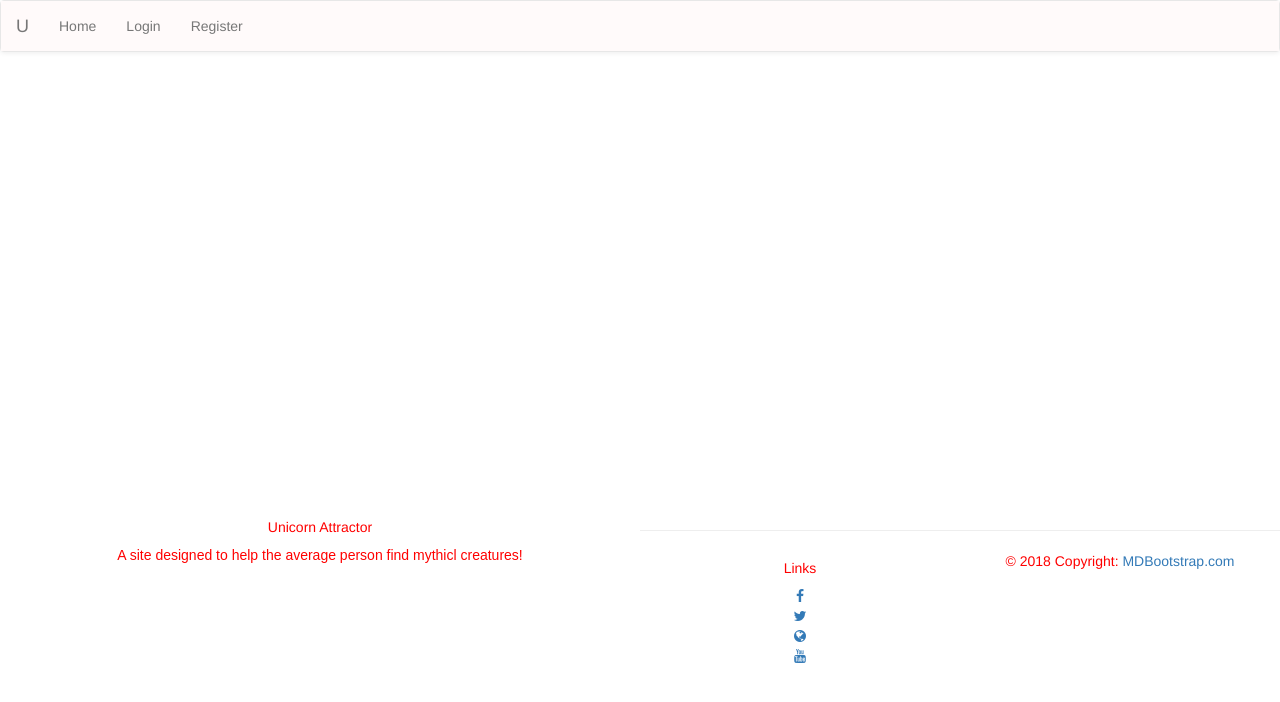
Repository: h8130084/UnicornAttractor
Page: templates/base.html
The author's editor kept a record of every edit. The page is drawn from the files as they stood at one moment, then again after the next edit.
The browser window is 1280 px wide. The pictures show the whole page.
Some web fonts or font styles are not loaded; a fallback is used. Some web libraries are served in a nearby version. The template is drawn by Django 2.2. The application's start-up code is not run. The template is opened directly, without the code that normally fills it, so the values that code supplies are empty.

Above is the page before.

After the next edit:
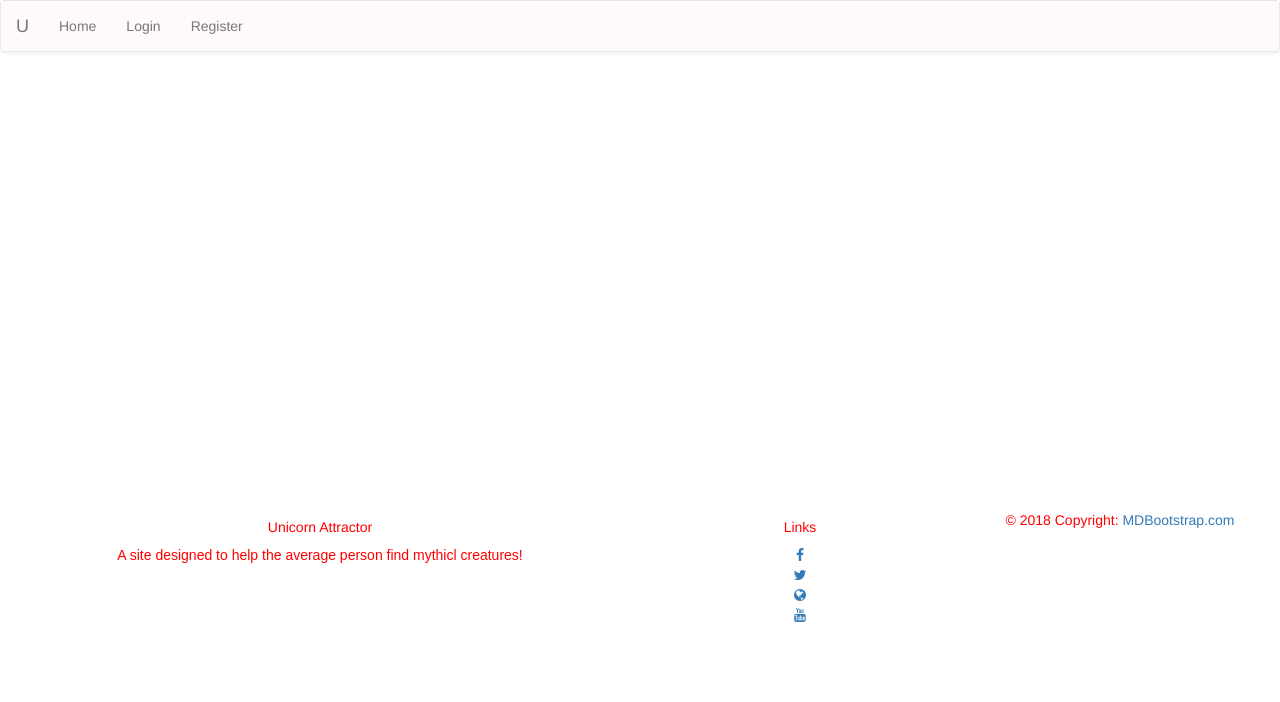
The edit:
--- a/templates/base.html
+++ b/templates/base.html
@@ -93,7 +93,6 @@
         <p>A site designed to help the average person find mythicl creatures!</p>
       </div>
 
-      <hr class="clearfix w-100 d-md-none pb-3">
       <div class="col-md-3 mb-md-0 mb-3">
 
         <!-- Links -->
